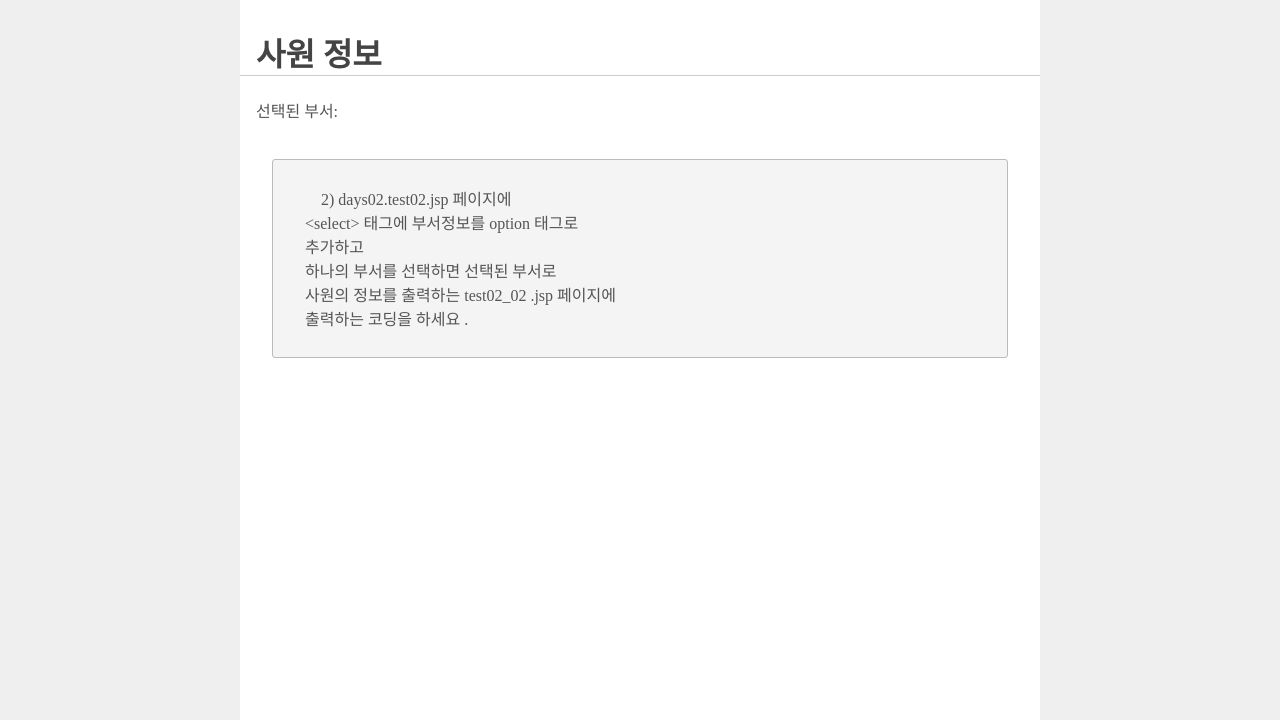
Repository: park-jiwoong/webClass
Page: http://localhost/jspPro/days02/test02_result.jsp
An editor plug-in stored every save of this project. The page is shown before and after the next save, followed by the edit.
The browser window is 1280 px wide. The pictures show the whole page.
Some web fonts or font styles are not loaded; a fallback is used. The page is served by Tomcat 9.

Above is the page before, as saved 2025-05-22 01:04:02.

After the next save:
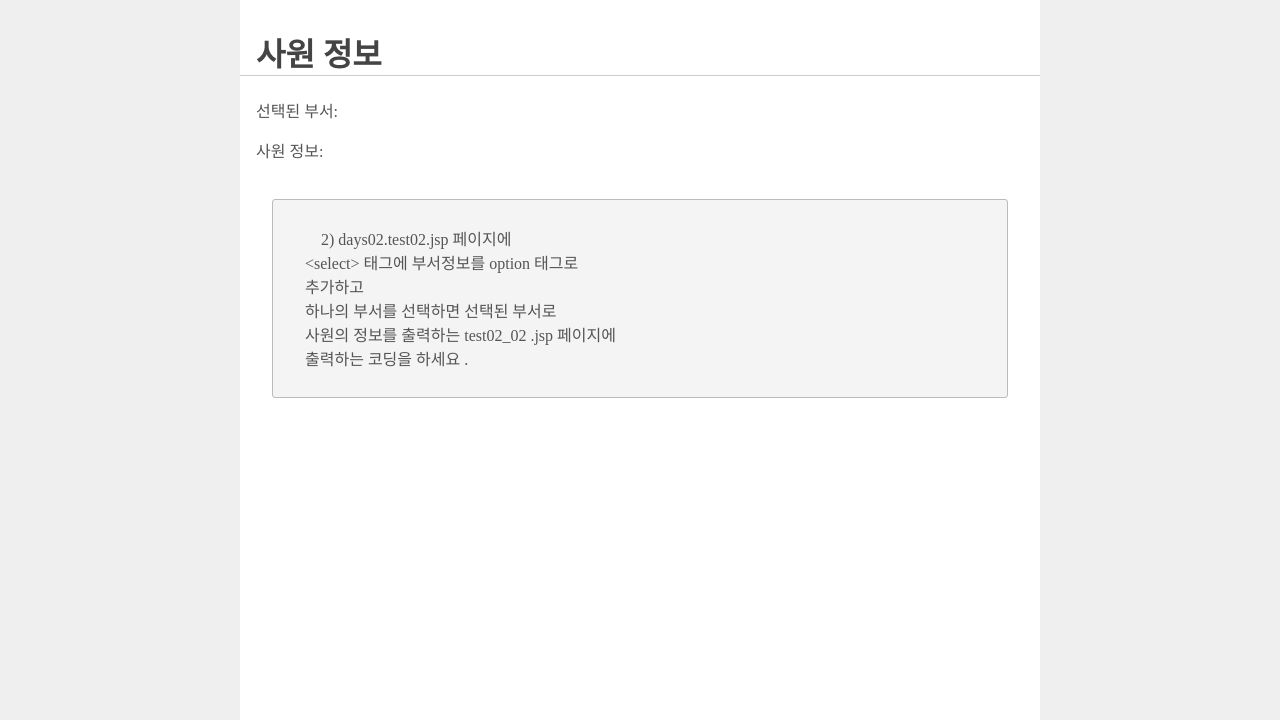
Saved 20 s later.
--- a/webPro/src/main/webapp/JSPClass/jspPro/src/main/webapp/days02/test02_result.jsp
+++ b/webPro/src/main/webapp/JSPClass/jspPro/src/main/webapp/days02/test02_result.jsp
@@ -18,6 +18,7 @@
 <body>
 	<h1>사원 정보</h1>
 	<p>선택된 부서: </p>
+	<p>사원 정보: </p>
 <div>
     <xmp class="code">
 	2) days02.test02.jsp 페이지에
